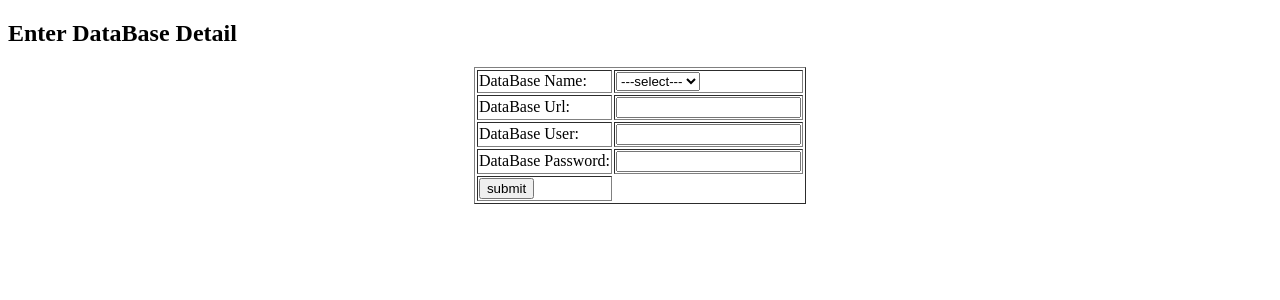
Repository: manish1905/MetaData_Details
Page: http://localhost/MetaData_Details/dbDetails
An editor plug-in stored every save of this project. The page is shown before and after the next save, followed by the edit.
The browser window is 1280 px wide. The pictures show the whole page.
The page is served by Tomcat 9.

Above is the page before, as saved 2018-12-21 09:01:02.

After the next save:
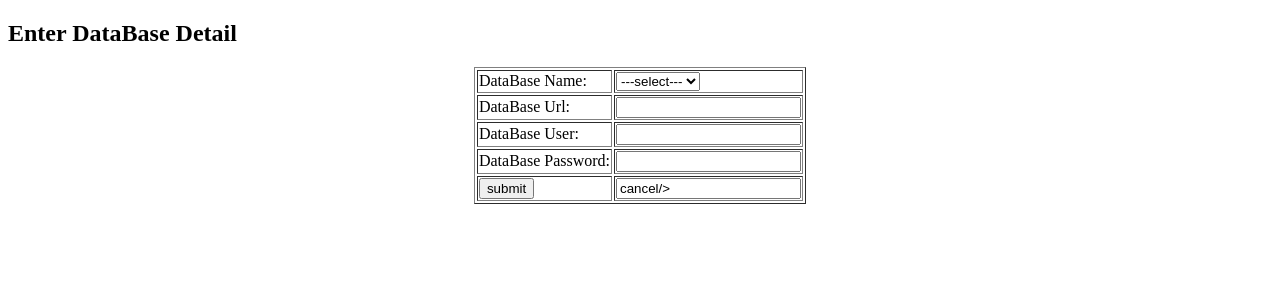
Saved 66 s later.
--- a/MetaData_Details/web/WEB-INF/jsps/dbDetail.jsp
+++ b/MetaData_Details/web/WEB-INF/jsps/dbDetail.jsp
@@ -36,6 +36,7 @@
 	</tr>
 	<tr>
 	<td><input type="submit" value="submit"/></td>
+	<td><input type="cancel" value="cancel/>"</td>
 	</tr>
 	</table>
 
